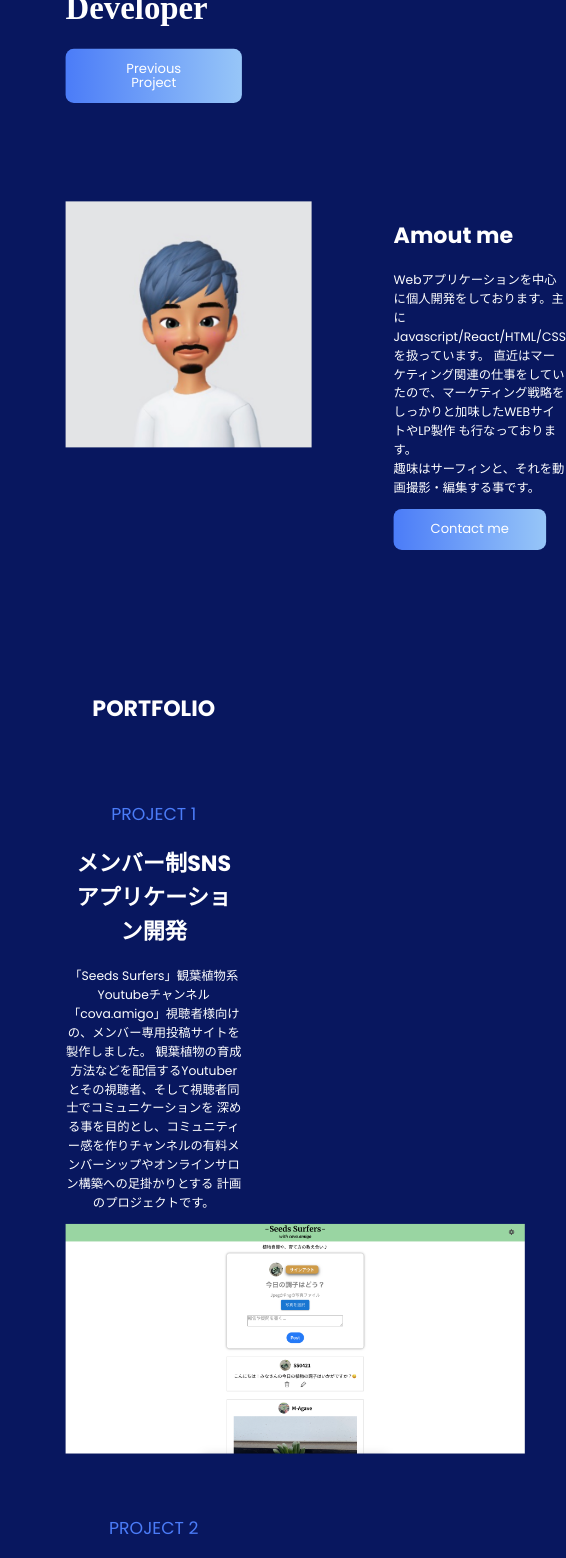
Repository: Seiya00002/my-portfolio-website2
Page: /
The author's editor kept a copy of each file at every save. The page is drawn from the files as they stood at one save, then again after the next save.
The browser window is 375 px wide. The page is 690 px wide, so the pictures cover 690 px, including what lies to the right of the window. The pictures show the part of the page from y = 213 to 2113 px (the page is 5344 px tall), at 82% of full size.
Pictures or frames that could not be fetched are drawn as grey boxes. Some web fonts or font styles are not loaded; a fallback is used. The project was rebuilt for these pictures with package versions that can differ from the ones it lists, and the page was loaded fresh each time.

Above is the page before, as saved 2023-09-26 09:11:32.

### src/index.css
body {
  margin: 0;
  font-family: -apple-system, BlinkMacSystemFont, 'Segoe UI', 'Roboto', 'Oxygen',
    'Ubuntu', 'Cantarell', 'Fira Sans', 'Droid Sans', 'Helvetica Neue',
    sans-serif;
  -webkit-font-smoothing: antialiased;
  -moz-osx-font-smoothing: grayscale;
  background-color: rgb(8, 23, 95);
}

code {
  font-family: source-code-pro, Menlo, Monaco, Consolas, 'Courier New',
    monospace;
}

### src/App.tsx
import React from 'react';
import logo from './logo.svg';
import './App.css';
import Header from './Components/Header';
import Homepage from './Components/Homepage';
import Footer from './Components/Footer';

function App() {
  return (
    <div className="App">
      <Header />
      <Homepage />
      <Footer />
    </div>
  );
}

export default App;

### src/App.css
@import url('https://fonts.googleapis.com/css2?family=Dela+Gothic+One&family=Poppins:wght@300;400;500;600;700&display=swap');


.App {
  align-items: center;
  font-size: 18px;
  height: 100vh;
  width: 100%;
}

h1, h2, h3, p, a, label {
  color: white;
  font-family: 'Poppins', sans-serif;
}

p {
  font-size: 15px;
}

.header {
  height: 80px;
  display: flex;
  justify-content: space-around;
  align-items: center;
  text-align: left;
  width: 100%;
  color: white;
  position: fixed;
  background-color: rgb(8, 23, 95);
  z-index: 10;
}

nav ul li {
  list-style: none;
  display: inline-block;
  margin-right: 30px;
}

nav ul li a {
  font-size: 15px;
  color: white;
  text-decoration: none;
  transition: all 0.2s;
}

nav ul li a:hover {
  color: rgb(36, 89, 250);
}

.container {
  padding: 80px;
}

.title {
  position: relative;
  padding-bottom: 120px;
}

.title p{
  font-size: 20px;
  position: absolute;
}

.title h1{
  font-family: 'Dela Gothic One', cursive;
  font-size: 40px;
  padding-top: 45px;
}

.button {
  display       : inline-block;
  border-radius : 10px;          /* 角丸       */
  font-size     : 12pt;        /* 文字サイズ */
  text-align    : center;      /* 文字位置   */
  cursor        : pointer;     /* カーソル   */
  padding       : 17px 45px;   /* 余白       */
  background: linear-gradient(to left, #97c6f8, #4b7cf8);
  color         : #ffffff;
  line-height   : 1em;
  transition    : .5s;         /* なめらか変化 */
  border        : none;
  text-decoration: none;
}
.button:hover {
  color         : #000066;
  background    : #ffffff;
}

#about-me {
  display: flex;
  width: 100%;
  margin-bottom: 150px;
}

.about-me img {
  height: 300px;
  width: 300px;
  object-fit: cover;
}
.section-title {
  display: flex;
  justify-content: center;
}

.project {
  display: flex;
  padding-top: 50px;
}

.project h3 {
  color: #4b7cf8;
  font-weight: 400;
}

.right-contents {
  align-items: center;
  padding-left: 100px;
}

.left-contents {
  padding-right: 100px;
}

.project img {
  width: 560px;
  height: 280px;
  object-fit: cover;
}

.tech-icon {
  width: 80px;
  height: 80px;
}

.tech-icon img {
  width: 100%;
  height: 100%;

}

.skill-section {
  display: flex;
}

.service-title img {
  width: 50px;
  height: 50px;
}

#contact {
  background: rgb(113, 135, 246);
  border-radius: 10px;
}

.footer {
  height: 110px;
  width: 100%;
  justify-content: center;
  align-items: center;
  background-color: rgb(113, 135, 246);
  border-top: rgb(196, 204, 244);
}

.footer p {
  text-align: center;
  padding-top: 40px;
  font-size: small;
}

@media screen and (max-width: 1024px) {
  .project {
    display: block;
    justify-content: center;
    text-align: center;
    width: 100%;
  }

  .left-contents {
    padding: 0;
  }
}

@media screen and (max-width: 480px) {
  .project {
    display: block;
  }
}

### src/Components/Header.tsx
import React from 'react'

const Header = () => {
  return (
    <div className='header'>
        <div className='header-left'>
            <h3>Portfolio Site</h3>
        </div>
        <div className='header-right'>
            <nav>
                <ul>
                    <li>
                        <a href='#top'>HOME</a>
                    </li>
                    <li>
                        <a href='#portfolio'>PORTFOLIO</a>
                    </li>
                    <li>
                        <a href='#skill'>SKILL</a>
                    </li>
                    <li>
                        <a href='#service'>SERVICE</a>
                    </li>
                    <li>
                        <a href='#contact'>CONTACT</a>
                    </li>
                </ul>
            </nav>
        </div>
    </div>
  )
}

export default Header

### src/Components/Homepage.tsx
import React from 'react'

const Homepage = () => {
  return (
    <div className='container'>
        <div className='title'>
            <p>I'm a</p>
            <h1>Web Developer</h1>
            <a href='#portfolio' className='button'>Previous Project</a>
        </div>
        <div className='about-me' id='about-me'>
            <img src='/image/m-drawing.jpg' alt='profile-image' />
            <div className='right-contents'>
                <h2>Amout me</h2>
                <p>Webアプリケーションを中心に個人開発をしております。主にJavascript/React/HTML/CSSを扱っています。
                直近はマーケティング関連の仕事をしていたので、マーケティング戦略をしっかりと加味したWEBサイトやLP製作
                も行なっております。
                <br></br>趣味はサーフィンと、それを動画撮影・編集する事です。</p>
                <a href='#contact' className='button'>Contact me</a>
            </div>
        </div>

        <div id='portfolio'>
            <div className='section-title'>
                <h2>PORTFOLIO</h2>
            </div>
            <div className='project'>
                <div className='left-contents'>
                    <h3>PROJECT 1</h3>
                    <h2>メンバー制SNS アプリケーション開発</h2>
                    <p>「Seeds Surfers」観葉植物系Youtubeチャンネル「cova.amigo」視聴者様向けの、メンバー専用投稿サイトを製作しました。
                        観葉植物の育成方法などを配信するYoutuberとその視聴者、そして視聴者同士でコミュニケーションを
                        深める事を目的とし、コミュニティー感を作りチャンネルの有料メンバーシップやオンラインサロン構築への足掛かりとする
                        計画のプロジェクトです。
                    </p>
                </div>
                <img src='/image/seeds-surfers-image.png'
                    alt='Seeds-Surfers-image'
                />

            </div>
            <div className='project'>
                <div className='left-contents'>
                    <h3>PROJECT 2</h3>
                    <img src='/image/seeds-surf-lp-image.png'
                    alt='Seeds-Surf-lp-image'
                    />
                    <h2>LP 製作</h2>
                    <p>私自身の個人事業の、植物専門輸入事業「Seeds Surf」の宣伝LPを製作し運用しております。具体的なコストがすぐに
                        見えずらく売上に中々結び付かない課題を解消すべく、すぐにコストを試算できる機能を実装し、分かり易いコスト
                        提示にて顧客注文増加を目指しております。
                    </p>
                </div>
            </div>
            <div className='project'>
                <div className='left-contents'>
                    <h3>PROJECT 3</h3>
                    <img src='/image/youtube-image.png'
                    alt='movie-project-image'
                    />
                    <h2>動画製作</h2>
                    <p>Youtubeチャンネルを立ち上げから、撮影、編集、分析を含む運営を約2年間行いました。チャンネル登録者は約8千人、
                        販売売上80%増を達成しました。ニッチな分野のジャンルで、無名の状態から業界では知られた存在となり、人気を
                        獲得し売り上げにつながりました。テレビ風の面白おかしい、サボテン系植物の解説系動画チャンネルです。
                    </p>
                </div>
            </div>

        </div>

        <div id='skill'>
            <div className='section-title'>
                <h2>SKILL</h2>
            </div>
            <div className='skill-section'>
                <div className='tech-icon'>
                    <img src='/image/html-5-icon.svg' />
                    <p>HTML</p>
                </div>
                <div className='tech-icon'>
                    <img src='/image/css-3-icon.svg' />
                    <p>CSS</p>
                </div>
                <div className='tech-icon'>
                    <img src='/image/javascript-icon.svg' />
                    <p>Javascript</p>
                </div>
                <div className='tech-icon'>
                    <img src='/image/react-icon.svg' />
                    <p>React.JS</p>
                </div>
                <div className='tech-icon'>
                    <img src='/image/typescript-icon.svg' />
                    <p>Typescript</p>
                </div>
                <div className='tech-icon'>
                    <img src='/image/firebase-icon.svg' />
                    <p>Firebase</p>
                </div>
                <div className='tech-icon'>
                    <img src='/image/nodejs-icon.svg' />
                    <p>Node.JS</p>
                </div>
                <div className='tech-icon'>
                    <img src='/image/adobe-premiere-icon.svg' />
                    <p>Adobe preiere pro</p>
                </div>
            </div>
        </div>

        <div id='service'>
            <div className='section-title'>
                <h2>SERVICE</h2>
            </div>
            <div className='service-description'>
                <div className='service-box'>
                    <div className='service-title'>
                        <img src='/image/memo-app-icon.svg' />
                        <h2>Web Application 開発</h2>
                    </div>
                    <p>Javascript, React.js を用いたSNS等のWEBアプリケーションの開発</p>
                </div>
                <div className='service-box'>
                <div className='service-title'>
                        <img src='/image/memo-app-icon.svg' />
                        <h2>Website 開発</h2>
                    </div>
                    <p>Javascriptを用いた機能付きのWebサイトや、React.jsによる本格的なWebサイトをHTML,CSSの編集を含めご対応いたします。</p>
                </div>
                <div className='service-box'>
                <div className='service-title'>
                        <img src='/image/memo-app-icon.svg' />
                        <h2>Web Marketing support</h2>
                    </div>
                    <p>LP製作から、Web広告、SNS運用、そしてマーケティング戦略立案をサポートいたします。</p>
                </div>
                <div className='service-box'>
                <div className='service-title'>
                        <img src='/image/memo-app-icon.svg' />
                        <h2>動画製作</h2>
                    </div>
                    <p>Youtube, SNS向け動画製作の企画、撮影、編集作業を行なっております。Adobe premiere pro, filmoraソフトご対応しております。</p>
                </div>
            </div>
        </div>
        <div id='contact'>
            <div className='section-title'>
                <h2>CONTACT</h2>
            </div>
            <div className='contact-section'>
                <form>
                    <label>
                        名前:
                        <input
                            type='text'
                            required
                        />
                    </label>
                    <label>
                        Email:
                        <input
                            type='text'
                            required
                        />
                    </label>
                    <label>
                        メッセージ:
                        <textarea

                            required
                        ></textarea>
                    </label>
                    <button type='submit'>送信</button>
                </form>
            </div>
        </div>

    </div>
  )
}

export default Homepage

### src/Components/Footer.tsx
import React from 'react'

const Footer = () => {
  return (
        <div className='footer'>
            <p>CopyRight@Matsumoto</p>
        </div>  )
}

export default Footer

Loaded but not shown: public/index.html (common file); src/index.tsx (common file); src/reportWebVitals.ts (common file)

After the next save:
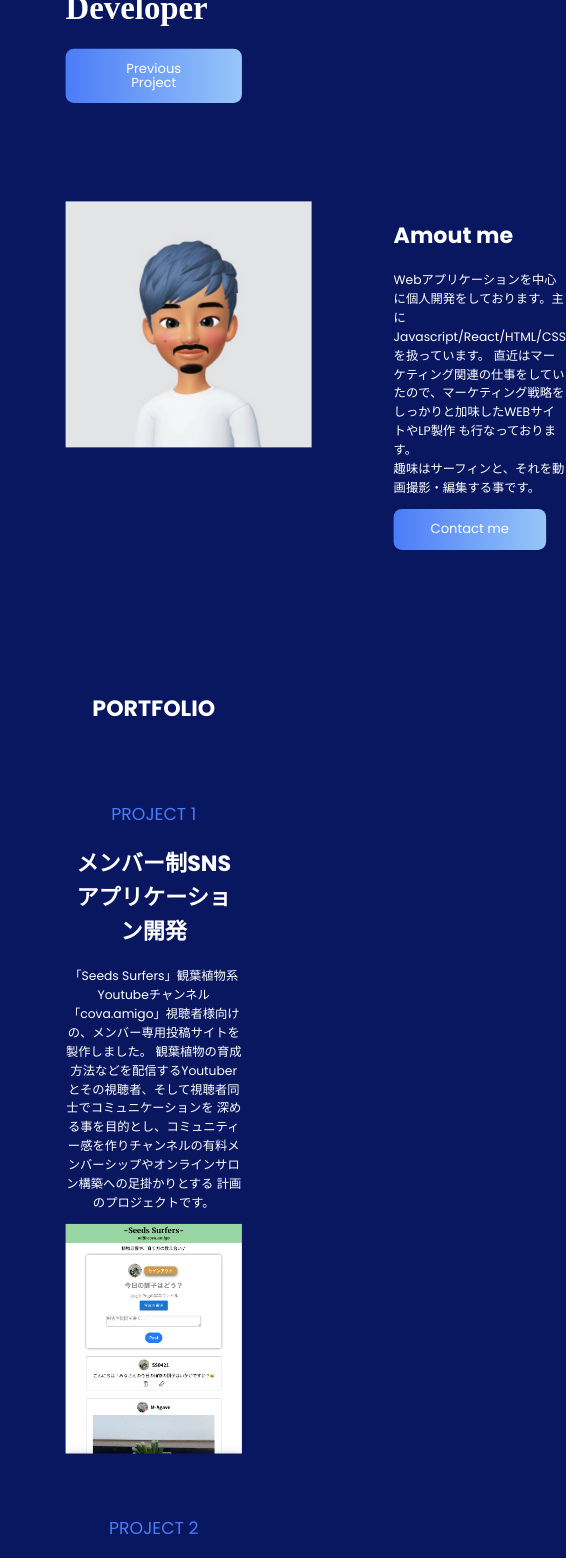
Saved 2 min 15 s later.
--- a/src/App.css
+++ b/src/App.css
@@ -178,10 +178,14 @@
   .left-contents {
     padding: 0;
   }
+
+  .project img {
+    width: 100%;
+  }
 }
 
-@media screen and (max-width: 480px) {
+/* @media screen and (max-width: 480px) {
   .project {
     display: block;
   }
-}
+} */
